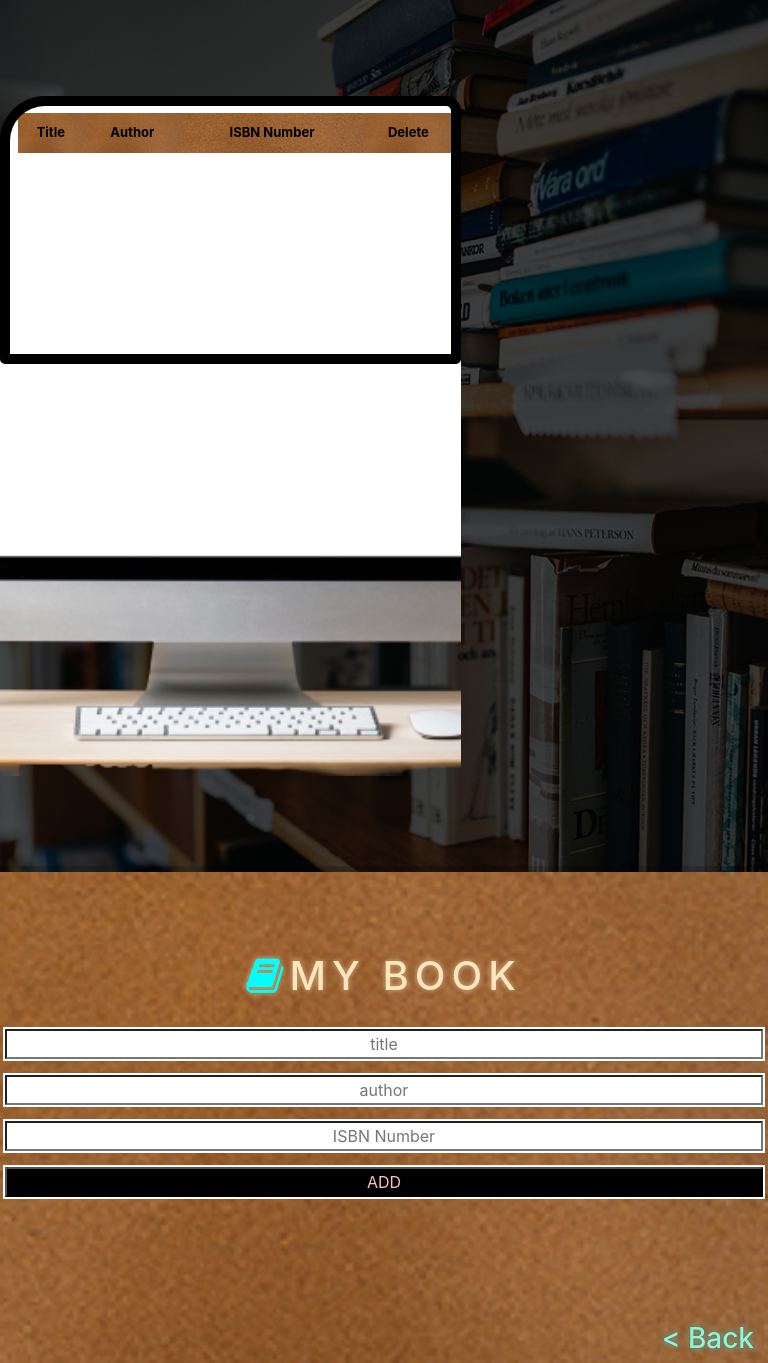
Repository: CSituma/Home-Library-App
Page: libu.html
An editor plug-in stored every save of this project. The page is shown before and after the next save, followed by the edit.
The browser window is 768 px wide. The pictures show the whole page.
Backgrounds fixed to the window are drawn as part of the page. Some web libraries are served in a nearby version.

Above is the page before, as saved 2020-11-10 21:21:28.

### libu.html
<!DOCTYPE html>
<html lang="en">
<head>
    <meta charset="UTF-8">
    <meta name="viewport" content="width=device-width, initial-scale=1.0">
    <meta http-equiv="X-UA-Compatible" content="ie=edge">
    <link rel="stylesheet" href="style.css">
    <link rel="stylesheet" href="https://cdnjs.cloudflare.com/ajax/libs/font-awesome/4.7.0/css/font-awesome.min.css"/>
<link rel="stylesheet" href="https://stackpath.bootstrapcdn.com/bootstrap/4.5.0/css/bootstrap.min.css" integrity="sha384-9aIt2nRpC12Uk9gS9baDl411NQApFmC26EwAOH8WgZl5MYYxFfc+NcPb1dKGj7Sk" crossorigin="anonymous"/>
<link rel="stylesheet" href="https://cdnjs.cloudflare.com/ajax/libs/animate.css/4.0.0/animate.min.css"/>
  <title>BOOK TRACKER</title>
</head>
<body>
    <div class="columns">
        <div class="js">

            <h1><i class="fa fa-book"></i>MY BOOK</h1>
            <form id="form">
                <input type= "text" id= "title"  placeholder="title">
                <input type= "text" id= "author" placeholder="author" >
                <input type= "text" id= "number" placeholder="ISBN Number">
                <input type= "submit"id= "button" value="ADD">
            </form>
        <h3> <a href= "./index.html"> < Back </a></h3>
        </div>
        <div class="storage" >
              <div class="storage_items">
        <table id="table">
            <thead>
                <tr>
                <th id="title">Title</th>
                <th>Author</th>
                <th>ISBN Number</th>
                <th>Delete</th>
                </tr>
                </thead>
                <tbody class="Booklist" id="booklist">
                </tbody>
            </table>
            </div>
        </div>
</div>
    <script src="lib.js"></script>
 </body>
 </html>

### style.css
/*homepage//////////////*/
body,
html {
  max-width: 100%;
  margin: 0;
  padding: 0;
  max-height: 100%;
  background: url("./images/sandra-seitamaa-qkIWnKtGhg4-unsplash.jpg")
    center/cover no-repeat fixed;
}

.container {
  margin: 10em 20em 20em 20em;
  height: 400px;
  width: 40%;
  background-color: rgba(146, 116, 15, 0.445);
  text-align: center;
}

.lol {
  padding-top: 5em;
  font-weight: 800;
  font-style: italic;
}
span {
  color: yellow;
  font-weight: 400;
}
#lolone {
  color: ghostwhite;
}

h3 {
  padding-top: 4em;
  float: right;
  margin-right: 0.5em;
  font-weight: 900;
  font-size: 2rem;
  text-shadow: 0 0 3px #FF0000, 0 0 5px aqua;
}

h3 a {
  text-decoration: none;
 color: aquamarine;

}

h3 a:hover {
  text-decoration: none;
  color: burlywood;
}

#you {
  padding: 1rem;
  color: gold;
}

/*library////////////////*/
.columns {
  display: flex;
  justify-content: space-between;
  max-width: 100%;
  max-height: 100%;
  background: rgba(0, 0, 0, 0.692);

}
h1{
  letter-spacing: 6px;
  text-shadow: 0 0 3px olive, 0 0 5px pink;
  padding-top:2em;
  margin: 0;
  color: bisque;

}
table {
  background: black;
  width: 100%;
  margin:0.5em;
  margin-left:0.2em;
  text-align: center;
  color:white;

}


td{
  margin: 2em;
}
tr{
  border-left: white 5px solid;
  height: 40px;
}
th {
  color: black;
  background:url('./images/josephine-bredehoft-KsAo8ouBn8A-unsplash.jpg') center/cover no-repeat;
  outline: none;
}
tbody tr:nth-child(odd){
  background:white;
 color: olive;
}
tbody tr:nth-child(odd):hover {
  box-shadow: 0 0 0 2px white;

}
tbody tr:nth-child(even){
background:black;

}
tbody tr:nth-child(even):hover{
  box-shadow: 0 0 0 2px gray;
}

 .fa {
   color:aqua;
 }
 .fa:hover{
   font-size:1.3em;
 }
form {
  padding: 0.3em;
  margin-top: 1em;
}

form input {
  width: 100%;
  margin: 0.5em 0;
  -webkit-box-shadow: 0 0 0 2px white;
  box-shadow: 0 0 0 2px white;
}

:placeholder-shown {
  text-align: center;
}

#button {
  color: pink;
  background-color: black;
}

/*/////////////////////////////////*/
.storage_items {

  background-color: white;
  width:100%;
  max-height: 70%;
  margin-left: 8em;
  margin-top: 5em;
  margin-bottom: 2em;
  border: rgb(0, 0, 0) 5px solid;
  border-style: groove;
  padding-bottom: 15em;
  overflow: scroll;
  scroll-behavior: smooth;
  scrollbar-width: 2px;
}
.storage {
  background:url("./images/1463-removebg-preview.png") center/cover no-repeat;
  width: 60%;
  height: 85vh;
  margin: 6em 3em 6em 0;
  border-radius: 3px;

}
.js {
  -webkit-box-shadow: 0 0 0 6px rgba(0, 0, 0, 0.191);
  box-shadow: 0 0 0 6px rgba(0, 0, 0, 0.191);
  text-align: center;
  width: 40%;
  margin: 6em 0em 6em 3em;
  background: url("./images/josephine-bredehoft-KsAo8ouBn8A-unsplash.jpg")
    center/cover no-repeat;
}

@media screen and (max-width:1000px) {
  .storage{
    margin-right: 0;

    background: url("./images/719-removebg-preview.png") center/cover no-repeat;
  }
  .storage_items{
    margin:0;
    font-size: 13px;
   border: 10px solid black;
   border-radius: 45px;
   border-bottom-right-radius:5px;
   border-bottom-left-radius:5px;
   border-top-right-radius:15px;

   padding:0;
   padding-bottom: 15em;

}

.js{
  margin: 0;}


}

@media screen and (min-width:1000px) {

 .storage_items{
  max-height: 60%;
    background-color: white;
    width: 400px;
    height: 50%;
    margin-left: 10em;
    margin-top: 5.5em;

  }


 }

 @media screen and (max-width:800px)
 {
  .storage{
    background: url("./images/719-removebg-preview.png") center/cover no-repeat;
  }
  .storage_items{
    margin:0;
    font-size: 13px;
   border: 10px solid black;
   border-radius: 45px;
   border-bottom-right-radius:5px;
   border-bottom-left-radius:5px;
   border-top-right-radius:15px;

   padding:0;
   padding-bottom: 15em;

}
.columns{
  flex-direction: column-reverse;
}
.js{
  width:100%;
 }

 }

### lib.js
// Book Class: Represents a Book
class Book {
  constructor(title, author, isbn) {
    this.title = title;
    this.author = author;
    this.isbn = isbn;
  }
}

// UI Class: Handle UI Tasks
class UI {
//display Books.//
static displayBooks () {
 const books = Store.getBooks();
 books.forEach(((book) =>
  UI.addBookToList(book)));
}


//addbooks
static addBookToList(book) {

const bookList = document.querySelector('#booklist');
const row = document.createElement('tr');

row.innerHTML= `<td>${book.title} </td>
               <td>${book.author}</td>
               <td>${book.isbn}</td>
              <td><i class="fa fa-trash-o"></i></td>`;

bookList.appendChild(row);

}


//deletebooks
static deleteBook(el){
 if(el.classList.contains('fa')){
   el.parentElement.parentElement.remove();
  }}

////show alert msg
static showAlert(message, className){
const div = document. createElement('div');
div.className = `alert alert-${className}`;
div.appendChild(document.createTextNode(message));
const button = document.getElementById('button');
const form = document.getElementById('form');


form.insertBefore(div, button);


//message vanishing//

setTimeout(() => {
  document.querySelector('.alert').remove();
}, 3000);

}

//clear fields//

static clearFields() {
  document.querySelector('#title').value = '';
  document.querySelector('#author').value = '';
  document.querySelector('#number').value = '';
}

}

///Events:
/* 1. Display Books */

document.addEventListener('DOMContentLoaded', UI.displayBooks);

/* 2. Add Books*/
document.querySelector("#form").addEventListener('submit',(e) =>
{
e.preventDefault();
///get form values//
const title = document.querySelector('#title').value;
const author = document.querySelector('#author').value;
const isbn = document.querySelector('#number').value;

  // Validate
 if(title ===''|| author===''|| isbn===''){
   UI.showAlert('Please fill in the Form', 'danger')
 }
else{
  //instantiate Book
  const book = new Book(title,author,isbn);

//////Adding
UI.addBookToList(book);

Store.addBook(book);

///Show Sucess Message
UI.showAlert('Added', 'success');
//Clearfields
UI.clearFields();


 }
}
);


/////3. Remove BOOK////
document.querySelector('#booklist').addEventListener('click', (e)=>{
e.preventDefault();
//deleting from UI

UI.deleteBook(e.target);
///deleting from Store
Store.removeBook(e.target.parentElement.previousElementSibling.textContent);
//Message
UI.showAlert('Book Deleted', 'danger');

}
);

///localStorage
class Store{
  static getBooks(){
    let books;
   if (localStorage.getItem('books') === null){
     books = [];
   }
   else {
     books = JSON.parse(localStorage.getItem('books'));
   }
   return books;
  }

  static addBook(book){
    const books= Store.getBooks();
    books.push(book);
   localStorage.setItem('books',JSON.stringify(books));
  }
  static removeBook(isbn) {
    const books = Store.getBooks();

    books.forEach((book, index) => {
      if(book.isbn === isbn) {
        books.splice(index, 1);
      }
    });
    localStorage.setItem('books', JSON.stringify(books));
  }
}

After the next save:
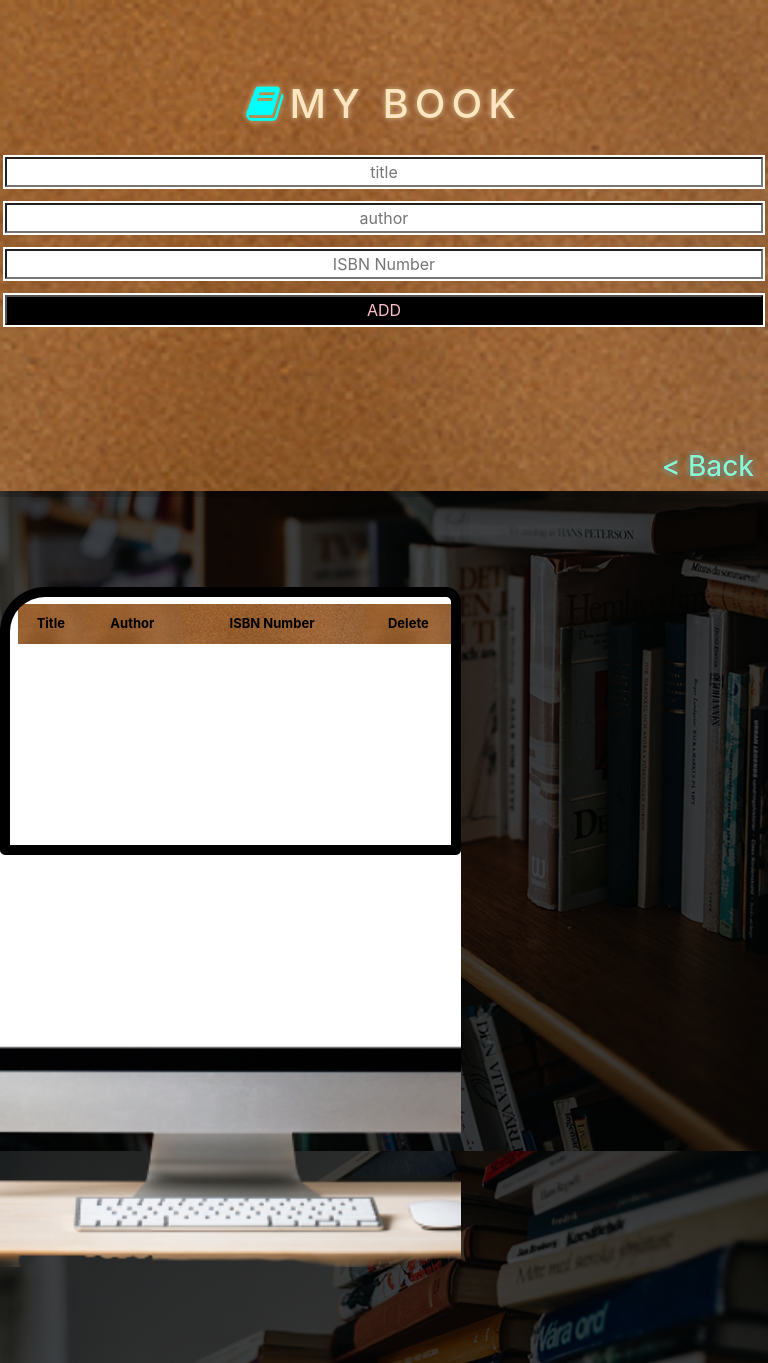
Saved 9 s later.
--- a/style.css
+++ b/style.css
@@ -232,7 +232,7 @@ form input {
 
 }
 .columns{
-  flex-direction: column-reverse;
+  flex-direction: column;
 }
 .js{
   width:100%;
